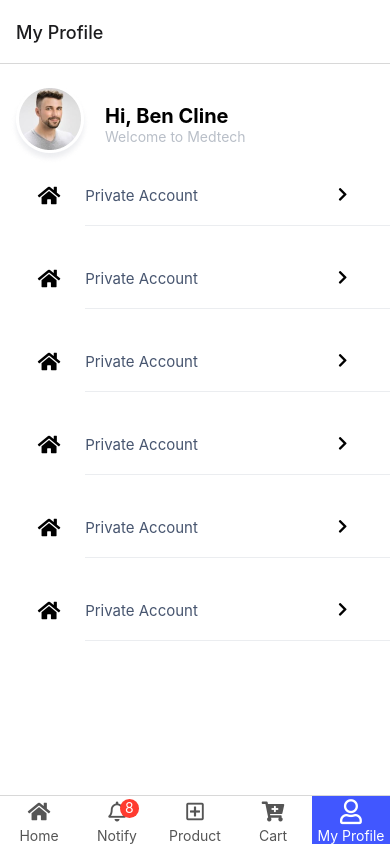
Repository: ntu34543/designReactNative
Screen: /My Profile
The author's editor kept a copy of each file at every save. The screen is drawn from the files as they stood at one save, then again after the next save.
The app was drawn by React Native's web renderer in a window 390 px wide. The project was rebuilt for these pictures with package versions that can differ from the ones it lists, and the page was loaded fresh each time. Also part of the build but not shown: page/DiabetesCare.js, page/Notify.js, page/Cart.js.

Above is the screen before, as saved 2022-11-02 10:57:29.

After the next save:
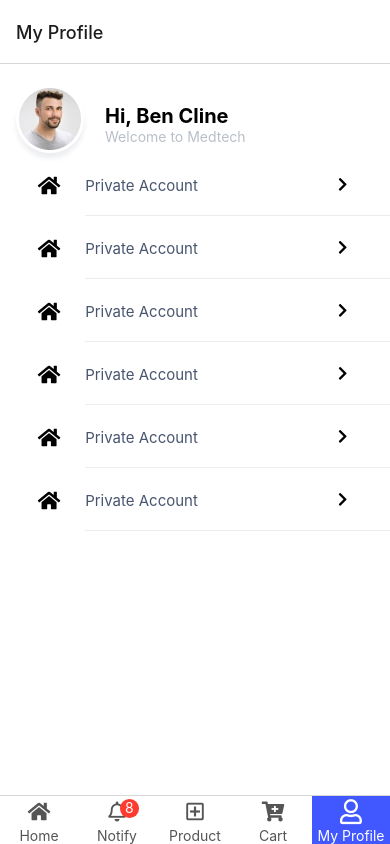
Saved 7 s later.
--- a/page/Profile.js
+++ b/page/Profile.js
@@ -111,7 +111,7 @@ const styles = StyleSheet.create({
     flexDirection: "row",
     alignItems: "center",
     justifyContent: "center",
-    padding: 20,
+    padding: 10,
   },
   item: {
     flexDirection: "row",
